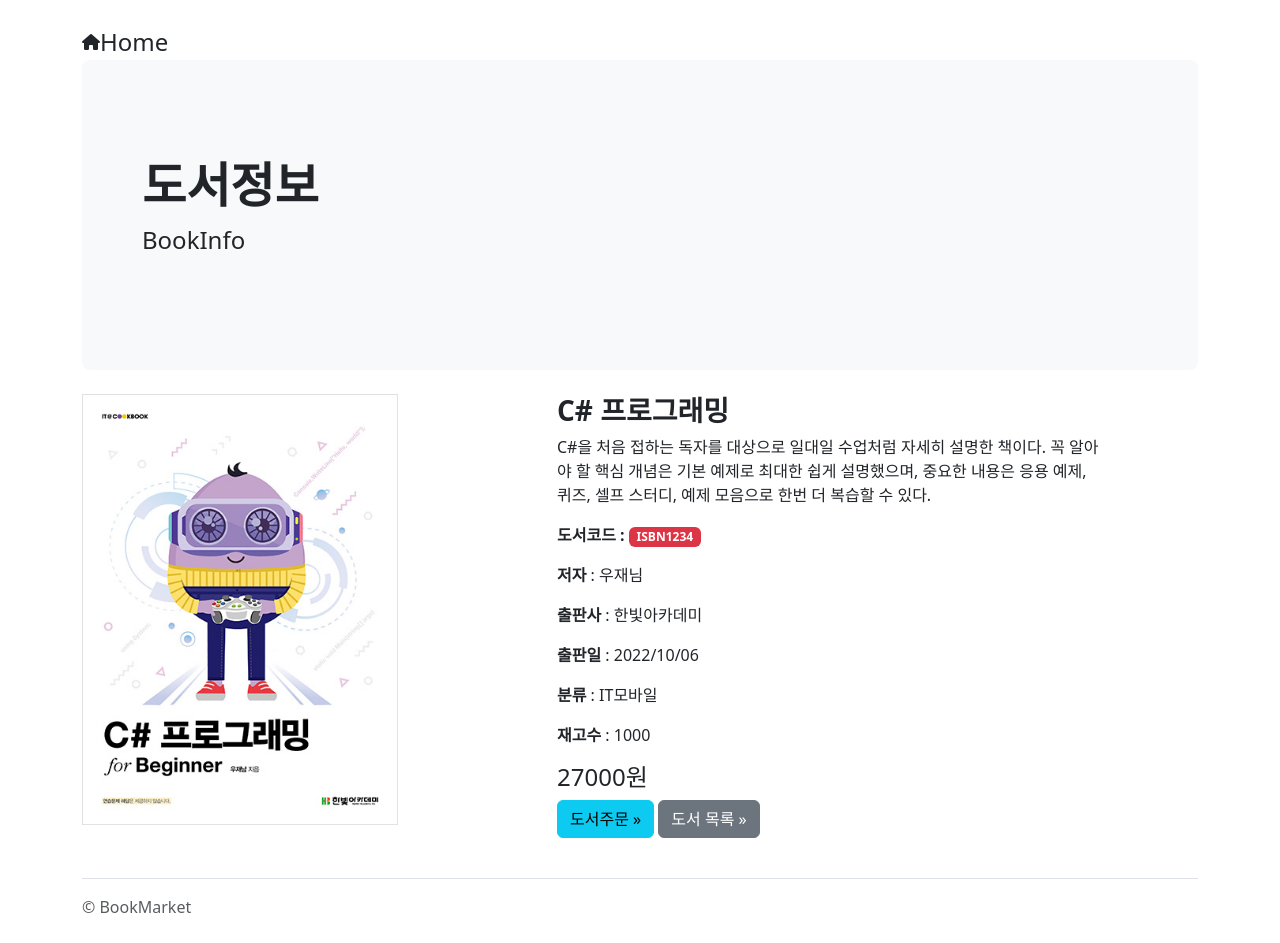
Repository: byeolchorong/ITedunet
Page: http://localhost/BookMarket/book.jsp?id=ISBN1234
These files come from the project's save history. The page is drawn as it stood at one moment and after the next save; the edit follows.
The browser window is 1280 px wide. The pictures show the whole page.
Some web libraries are served in a nearby version. The page is served by Tomcat 10. Nobody is signed in. The application's start-up code is not run.

Above is the page before, as saved 2025-05-30 07:33:08.

After the next save:
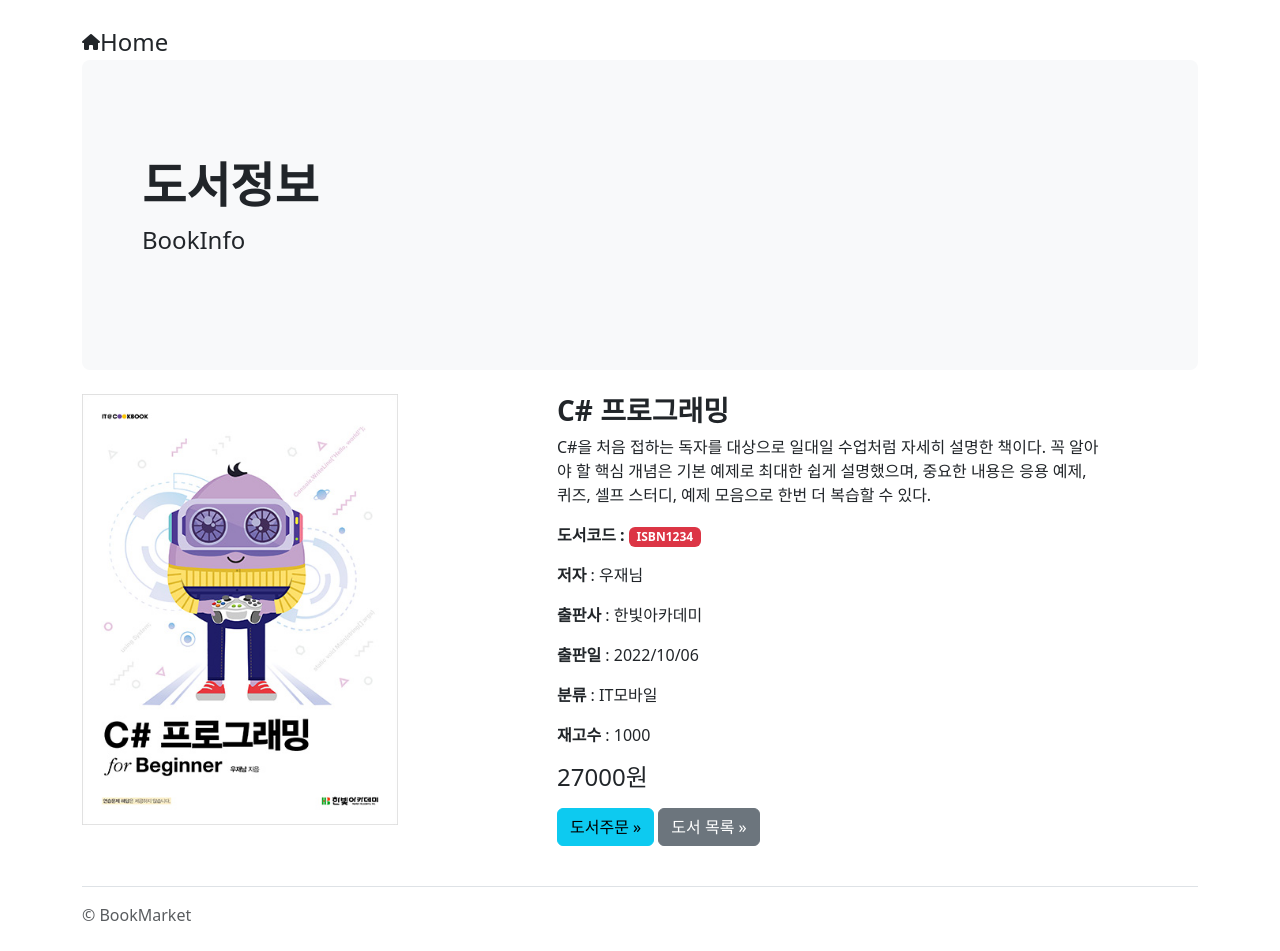
Saved 80 s later.
--- a/JSP/BookMarket/src/main/webapp/book.jsp
+++ b/JSP/BookMarket/src/main/webapp/book.jsp
@@ -54,6 +54,9 @@
 			<p> <b>분류</b> : <%=book.getCategory() %>
 			<p> <b>재고수</b> : <%=book.getUnitsInStock() %>
 			<h4><%=book.getUnitPrice() %>원</h4>
+			<p> <form name="addForm" action="./addCart.jsp?id=<%=book.getBookId()%>" method="post">
+
+			</form>
 			<p> <a href="#" class="btn btn-info">도서주문 &raquo;</a>
 			<a href="books.jsp" class="btn btn-secondary">도서 목록 &raquo;</a>
 		</div>
